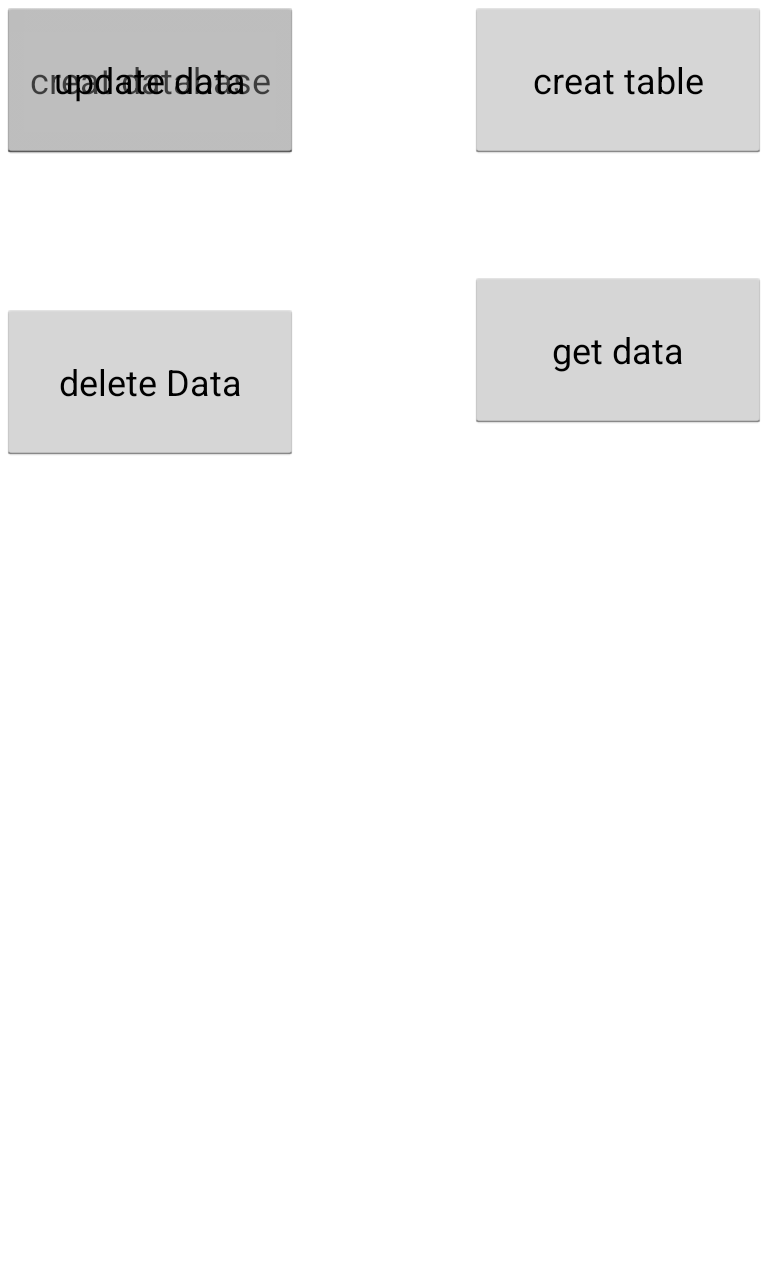
Repository: GuardLDW/HERO
Layout: GuardLDW/res/layout/db.xml
An editor plug-in stored every save of this project. The layout is shown before and after the next save, followed by the edit.
It is drawn on a 768 x 1280 px phone screen (xhdpi) without system bars, with theme AppTheme; the app's code is not run.

Above is the layout before, as saved 2016-11-03 07:49:28.

### GuardLDW/res/layout/db.xml
<?xml version="1.0" encoding="UTF-8"?>
<RelativeLayout xmlns:android="http://schemas.android.com/apk/res/android"
    android:layout_width="match_parent"
    android:layout_height="match_parent"
    android:orientation="vertical" >

    <Button
        android:id="@+id/button_creatDB"
        android:layout_width = "150dp"
        android:layout_height = "80dp"
        android:text="creat database">

    </Button>

    <Button
        android:id="@+id/button_creatTable"
        android:layout_width="150dp"
        android:layout_height="80dp"
        android:layout_alignParentRight="true"
        android:layout_alignParentTop="true"
        android:text="creat table" />

    <Button
        android:id="@+id/button_getData"
        android:layout_width="150dp"
        android:layout_height="80dp"
        android:layout_alignParentRight="true"
        android:layout_below="@+id/button_creatTable"
        android:layout_marginTop="55dp"
        android:text="get data" />

        <Button
            android:id="@+id/button_deleteData"
            android:layout_width="150dp"
            android:layout_height="80dp"
            android:layout_alignBaseline="@+id/button_getData"
            android:layout_alignBottom="@+id/button_getData"
            android:layout_alignParentLeft="true"
            android:text="delete Data" />

        <Button
        android:id="@+id/button_updateData"
        android:layout_width = "150dp"
        android:layout_height = "80dp"
        android:text="update data">

    </Button>


    </RelativeLayout>

Loaded but not shown: GuardLDW/res/values/styles.xml (common file); GuardLDW/res/values-v11/styles.xml (common file); GuardLDW/res/values-v14/styles.xml (common file)

After the next save:
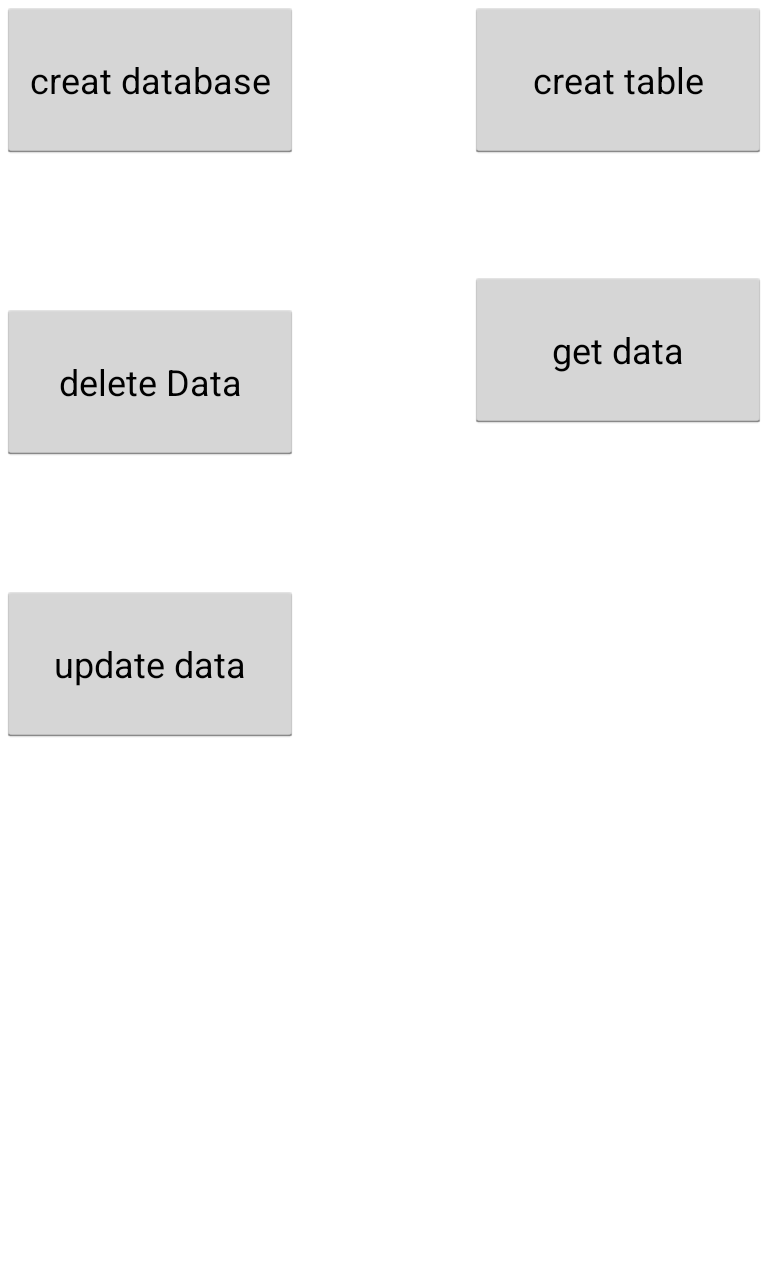
Saved 6 s later.
--- a/GuardLDW/res/layout/db.xml
+++ b/GuardLDW/res/layout/db.xml
@@ -39,12 +39,12 @@
             android:text="delete Data" />
 
         <Button
-        android:id="@+id/button_updateData"
-        android:layout_width = "150dp"
-        android:layout_height = "80dp"
-        android:text="update data">
-
-    </Button>
-
+            android:id="@+id/button_updateData"
+            android:layout_width="150dp"
+            android:layout_height="80dp"
+            android:layout_alignParentLeft="true"
+            android:layout_below="@+id/button_deleteData"
+            android:layout_marginTop="61dp"
+            android:text="update data" />
 
     </RelativeLayout>
